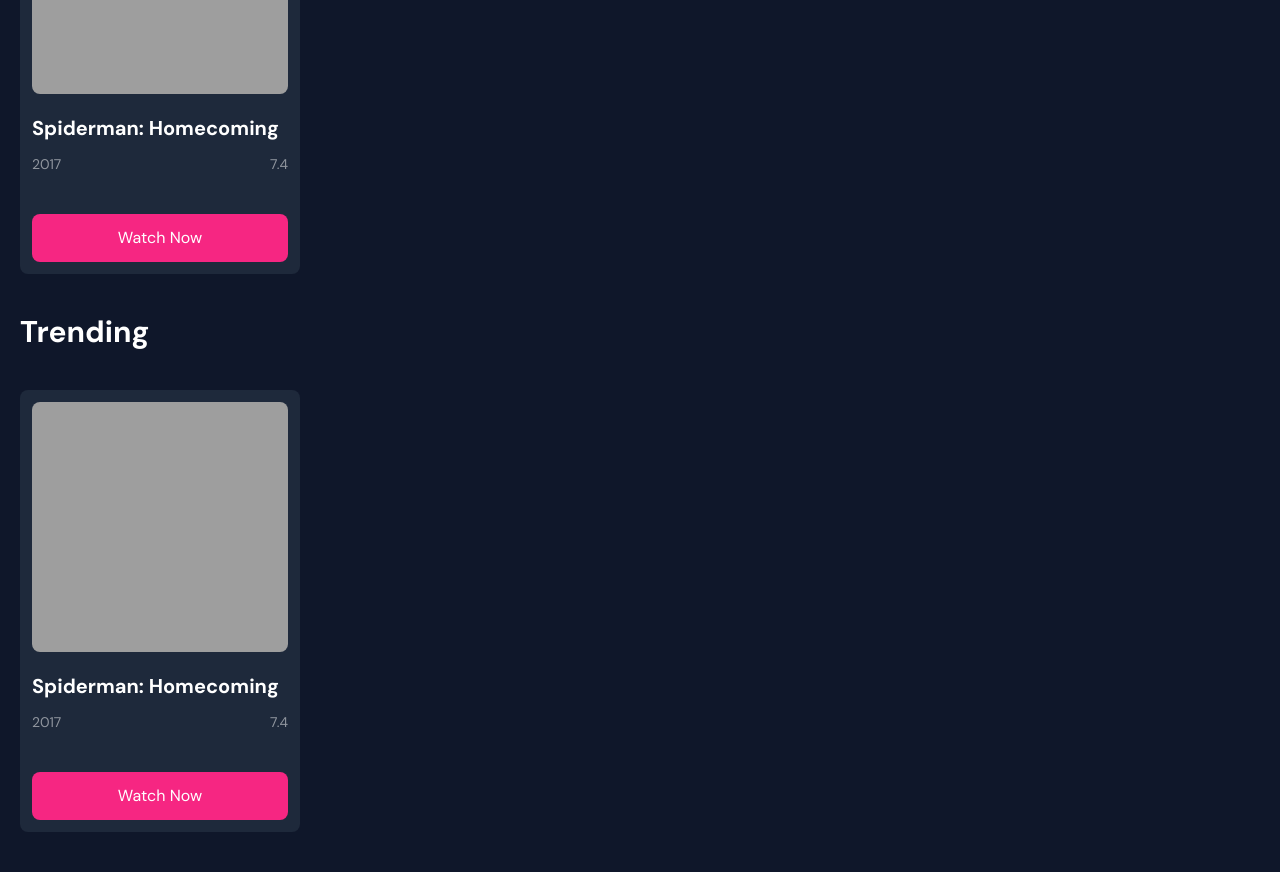
Repository: phamthiendong/project
Page: /
The author's editor kept a copy of each file at every save. The page is drawn from the files as they stood at one save, then again after the next save.
The browser window is 1280 px wide. The pictures show the part of the page from y = 1546 to 2498 px (the page is 2418 px tall before and 2498 px after).
Pictures or frames that could not be fetched are drawn as grey boxes. The project was rebuilt for these pictures with package versions that can differ from the ones it lists, and the page was loaded fresh each time. Also part of the build but not shown: vite.config.js.

Above is the page before, as saved 2025-03-20 16:45:32.

### index.html
<!DOCTYPE html>
<html lang="en">
  <head>
    <meta charset="UTF-8" />
    <link rel="icon" type="image/svg+xml" href="/vite.svg" />
    <meta name="viewport" content="width=device-width, initial-scale=1.0" />
    <title>Vite + React</title>
    <link rel="preconnect" href="https://fonts.googleapis.com" />
    <link rel="preconnect" href="https://fonts.gstatic.com" crossorigin />
    <link
      href="https://fonts.googleapis.com/css2?family=DM+Sans:ital,opsz,wght@0,9..40,100..1000;1,9..40,100..1000&family=Poppins:ital,wght@0,100;0,200;0,300;0,400;0,500;0,600;0,700;0,800;0,900;1,100;1,200;1,300;1,400;1,500;1,600;1,700;1,800;1,900&display=swap"
      rel="stylesheet"
    />
  </head>
  <body>
    <div id="root"></div>
    <script type="module" src="/src/main.jsx"></script>
  </body>
</html>

### src/index.css
@tailwind base;
@tailwind components;
@tailwind utilities;

@layer base {
  body {
    @apply bg-slate-900 font-body px-5;
  }
}
@layer components {
  .page-container {
    max-width: 1240px;
    @apply mx-auto;
  }
}

### src/App.jsx
import React, { Fragment } from "react";
import { NavLink } from "react-router-dom";
const App = () => {
  return (
    <Fragment>
      <header className="header flex items-center justify-center gap-x-5 text-white py-10 mb-5">
        <span className="text-primaty">Home</span>
        <span>Movies</span>
      </header>
      <section className="banner h-[500px] page-container mb-20">
        <div className="w-full h-full rounded-lg relative">
          <div className="overlay absolute inset-0 bg-gradient-to-t from-[rgba(0,0,0,0.5)] to-[rgba(0,0,0,0.5)] rounded-lg"></div>

          <img
            src="https://lumiere-a.akamaihd.net/v1/images/au_marvel_avengersendgame_hero_m_f8ba68d1.jpeg?region=0,133,750,422"
            alt=""
            className="w-full h-full object-cover rounded-lg"
          />
          <div className="absolute left-5 bottom-5 w-full text-white">
            <h2 className="font-bold text-3xl mb-5 ">Avengers: Endgame</h2>
            <div className="flex items-center gap-x-3 mb-8">
              <span className="py-2 px-4 border border-white rounded-md">
                Adventure
              </span>
              <span className="py-2 px-4 border border-white rounded-md">
                Adventure
              </span>
              <span className="py-2 px-4 border border-white rounded-md">
                Adventure
              </span>
            </div>
            <button className="py-3 px-6 rounded-lg bg-primaty text-white font-medium">
              Watch Now
            </button>
          </div>
        </div>
      </section>
      <section className="movies-layout page-container pb-20">
        <h2 className="capitalize text-white mb-10 text-3xl font-bold">
          Now playing
        </h2>
        <div className="movie-list grid grid-cols-4 gap-10">
          <div className="movie-card rounded-lg p-3 bg-slate-800 text-white">
            <img
              src="https://m.media-amazon.com/images/M/MV5BMjMxNjY2MDU1OV5BMl5BanBnXkFtZTgwNzY1MTUwNTM@._V1_.jpg"
              alt=""
              className="w-full h-[250px] object-cover rounded-lg mb-5"
            />
            <h3 className=" text-xl font-bold mb-3">Spiderman: Homecoming</h3>
            <div className="flex items-center justify-between text-sm opacity-50 mb-10">
              <span>2017</span>
              <span>7.4</span>
            </div>
            <button
              className="py-3 px-6 rounded-lg capitalize bg-primaty w-full
            "
            >
              Watch Now
            </button>
          </div>
        </div>
      </section>

      <section className="movies-layout page-container pb-10">
        <h2 className="capitalize text-white mb-10 text-3xl font-bold">
          Top rated
        </h2>
        <div className="movie-list grid grid-cols-4 gap-10">
          <div className="movie-card rounded-lg p-3 bg-slate-800 text-white">
            <img
              src="https://m.media-amazon.com/images/M/MV5BMjMxNjY2MDU1OV5BMl5BanBnXkFtZTgwNzY1MTUwNTM@._V1_.jpg"
              alt=""
              className="w-full h-[250px] object-cover rounded-lg mb-5"
            />
            <h3 className=" text-xl font-bold mb-3">Spiderman: Homecoming</h3>
            <div className="flex items-center justify-between text-sm opacity-50 mb-10">
              <span>2017</span>
              <span>7.4</span>
            </div>
            <button
              className="py-3 px-6 rounded-lg capitalize bg-primaty w-full
            "
            >
              Watch Now
            </button>
          </div>
        </div>
      </section>

      <section className="movies-layout page-container pb-10">
        <h2 className="capitalize text-white mb-10 text-3xl font-bold">
          Trending
        </h2>
        <div className="movie-list grid grid-cols-4 gap-10">
          <div className="movie-card rounded-lg p-3 bg-slate-800 text-white">
            <img
              src="https://m.media-amazon.com/images/M/MV5BMjMxNjY2MDU1OV5BMl5BanBnXkFtZTgwNzY1MTUwNTM@._V1_.jpg"
              alt=""
              className="w-full h-[250px] object-cover rounded-lg mb-5"
            />
            <h3 className=" text-xl font-bold mb-3">Spiderman: Homecoming</h3>
            <div className="flex items-center justify-between text-sm opacity-50 mb-10">
              <span>2017</span>
              <span>7.4</span>
            </div>
            <button
              className="py-3 px-6 rounded-lg capitalize bg-primaty w-full
            "
            >
              Watch Now
            </button>
          </div>
        </div>
      </section>
    </Fragment>
  );
};

export default App;

### tailwind.config.js
/** @type {import('tailwindcss').Config} */
export default {
  content: ["./index.html", "./src/**/*.{js,ts,jsx,tsx}"],
  theme: {
    extend: {
      fontFamily: {
        body: ["DM Sans", "sans-serif"],
      },
      colors: {
        primaty: "#F62682",
      },
    },
  },
  plugins: [],
};

Loaded but not shown: src/main.jsx (common file)

After the next save:
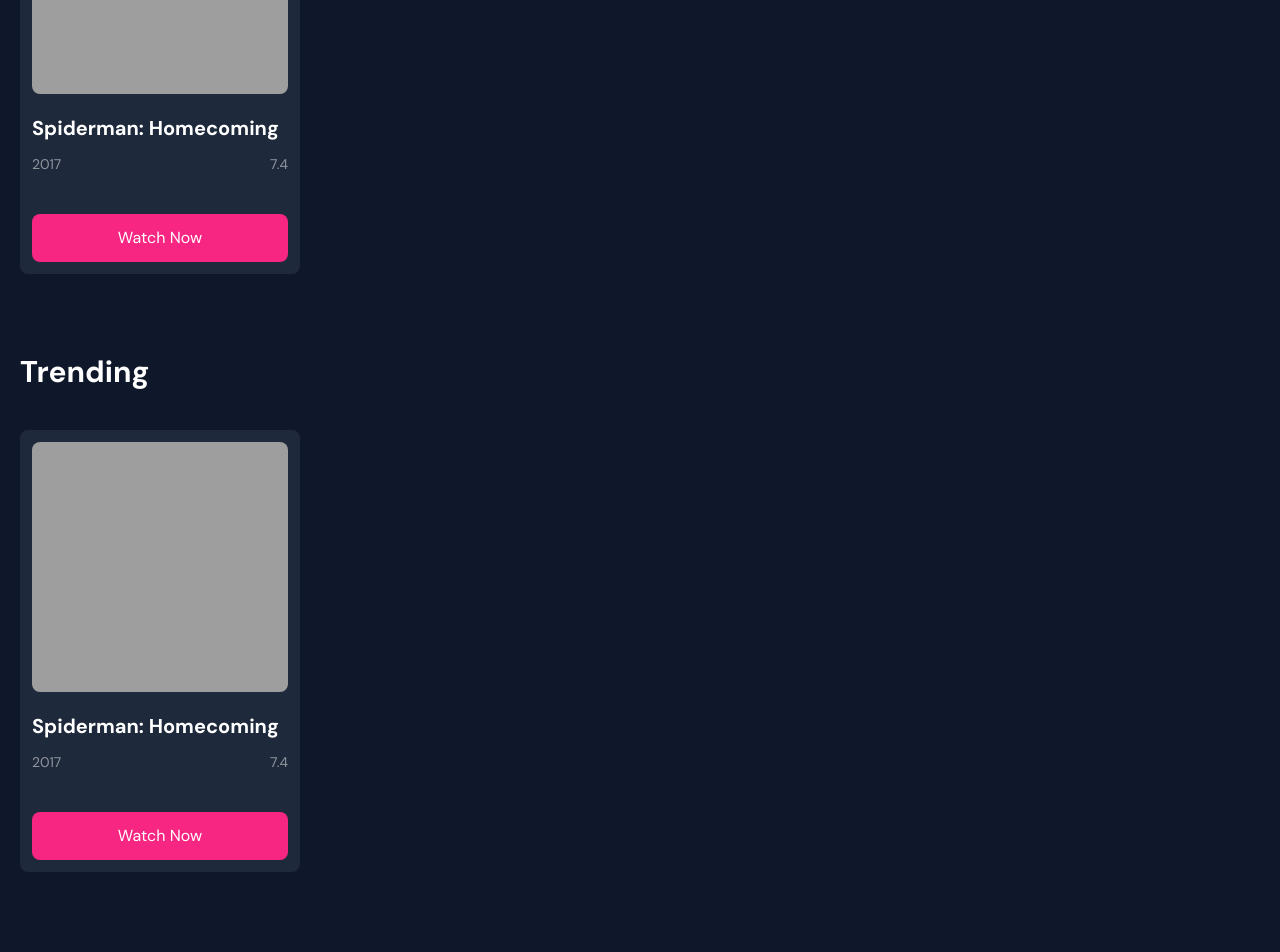
Saved 9 s later.
--- a/src/App.jsx
+++ b/src/App.jsx
@@ -61,7 +61,7 @@
         </div>
       </section>
 
-      <section className="movies-layout page-container pb-10">
+      <section className="movies-layout page-container pb-20">
         <h2 className="capitalize text-white mb-10 text-3xl font-bold">
           Top rated
         </h2>
@@ -87,7 +87,7 @@
         </div>
       </section>
 
-      <section className="movies-layout page-container pb-10">
+      <section className="movies-layout page-container pb-20">
         <h2 className="capitalize text-white mb-10 text-3xl font-bold">
           Trending
         </h2>
